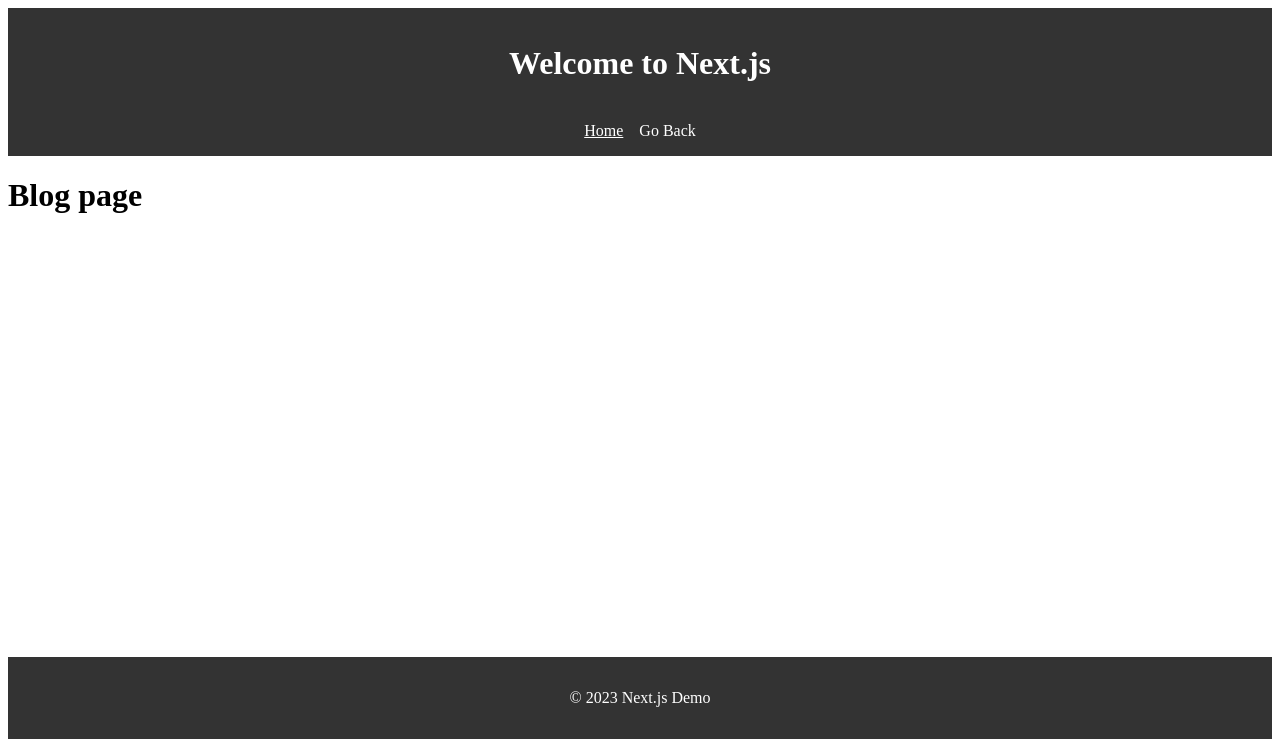
Repository: JasonMorta/NextJs-13_Basics
Page: /blog (app in NEXTJS15/next13-demo/)
The author's editor kept a copy of each file at every save. The page is drawn from the files as they stood at one save, then again after the next save.
The browser window is 1280 px wide. The pictures show the whole page.
The project was rebuilt for these pictures with package versions that can differ from the ones it lists, and the page was loaded fresh each time. The framework's server and built-in components were replaced by stand-ins that run in the browser. Also part of the build but not shown: NEXTJS15/next13-demo/next.config.ts.

Above is the page before, as saved 2025-03-06 14:41:42.

### NEXTJS15/next13-demo/src/app/layout.tsx
"use client";
import Link from "next/link";
import { useRouter } from "next/navigation";


export default function AuthLayout({ children }: { children: React.ReactNode }) {
  const router = useRouter();

  return (
    <html lang="en">
      <body>
        <header style={{ backgroundColor: '#333', color: '#fff', padding: '1rem', textAlign: 'center' }}>
          <h1>Welcome to Next.js</h1>
          <br />
          <Link style={{ color: 'white', marginRight: '1rem' }} href="/">Home</Link>
          <a style={{ color: 'white', cursor: 'pointer' }} onClick={() => router.back()}>Go Back</a>
        </header>

        <main style={{
          minHeight: 'calc(80vh - 6rem)',
        }}>{children}</main>

        <footer style={{ backgroundColor: '#333', color: '#fff', padding: '1rem', textAlign: 'center', marginTop: 'auto' }}>
          <p>&copy; 2023 Next.js Demo</p>
        </footer>
      </body>
    </html>
  );
}

### NEXTJS15/next13-demo/src/app/blog/page.tsx
import React from 'react'

export default function Blog() {
  return (
    <h1>Blog page</h1>
  )
}

After the next save:
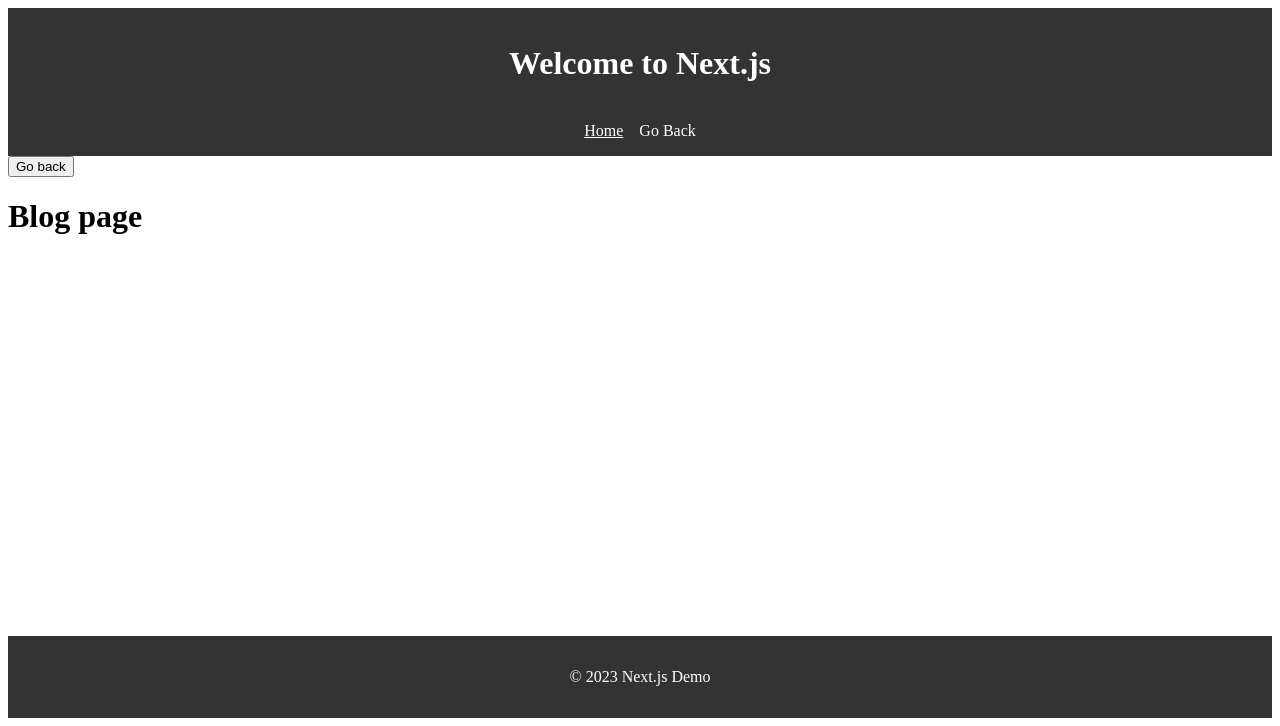
Saved 5 min 22 s later.
--- a/NEXTJS15/next13-demo/src/app/blog/page.tsx
+++ b/NEXTJS15/next13-demo/src/app/blog/page.tsx
@@ -1,7 +1,15 @@
+"ise client"
+import Link from 'next/link';
+import { useRouter } from 'next/navigation'
 import React from 'react'
 
 export default function Blog() {
+  const route = useRouter();
   return (
+
+    <>
+    <button onClick={() => route.back()}>Go back</button>
     <h1>Blog page</h1>
+    </>
   )
 }
